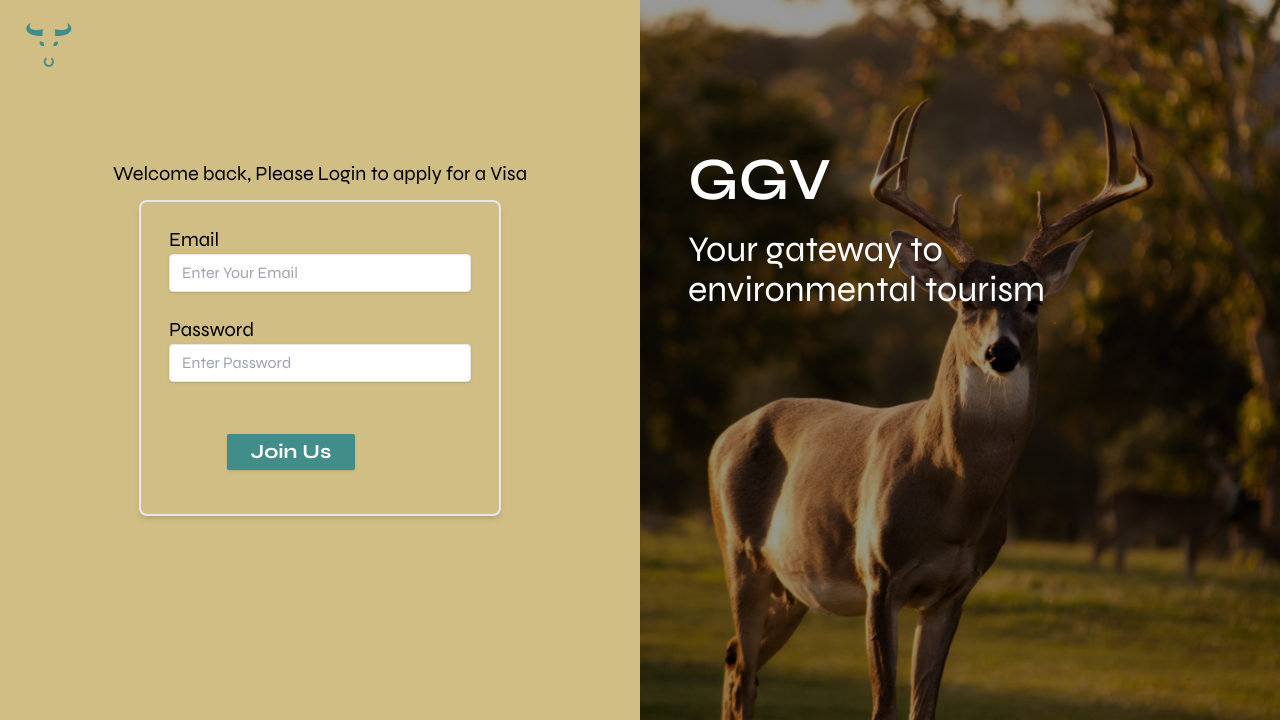
Repository: EngrAhmadUmar/landing-page
Page: /login
The author's editor kept a copy of each file at every save. The page is drawn from the files as they stood at one save, then again after the next save.
The browser window is 1280 px wide. The pictures show the whole page.
The project was rebuilt for these pictures with package versions that can differ from the ones it lists, and the page was loaded fresh each time. The framework's server and built-in components were replaced by stand-ins that run in the browser. Also part of the build but not shown: next.config.js, styles/Home.module.css, src/Components/ApplyPageComponents/ApplyForm.jsx, src/Components/ApplyPageComponents/RegisterForm.jsx.

Above is the page before, as saved 2022-07-08 15:15:56.

After the next save:
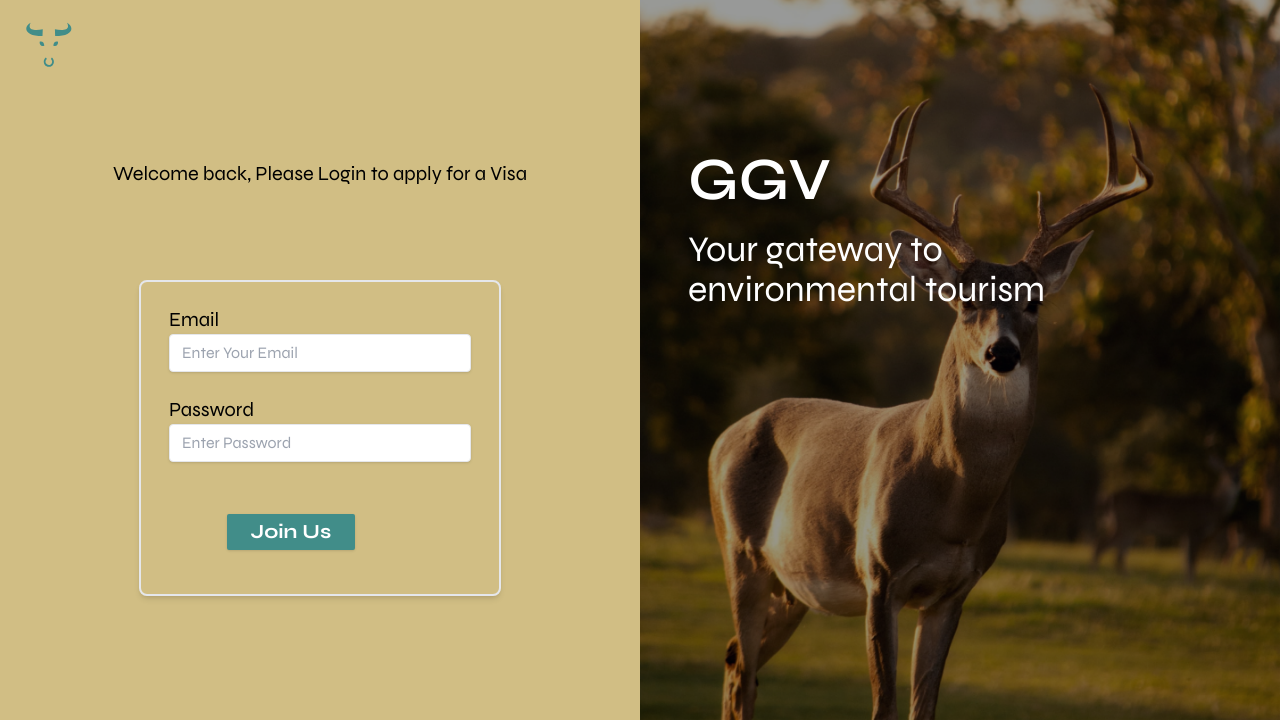
Saved 48 s later.
--- a/src/Components/ApplyPageComponents/LoginForm.jsx
+++ b/src/Components/ApplyPageComponents/LoginForm.jsx
@@ -63,7 +63,7 @@
         <div className="flex justify-center">
           <form
             onSubmit={onSubmit}
-            className="pt-6 pb-8 mb-4 border-2 rounded-lg shadow-md px-7 border-gray "
+            className="pt-6 pb-8 mb-4 mt-[5rem] border-2 rounded-lg shadow-md px-7 border-gray "
           >
             <div className="mb-6">
               <label className="text-lg md:text-xl">Email</label>

After the save that followed:
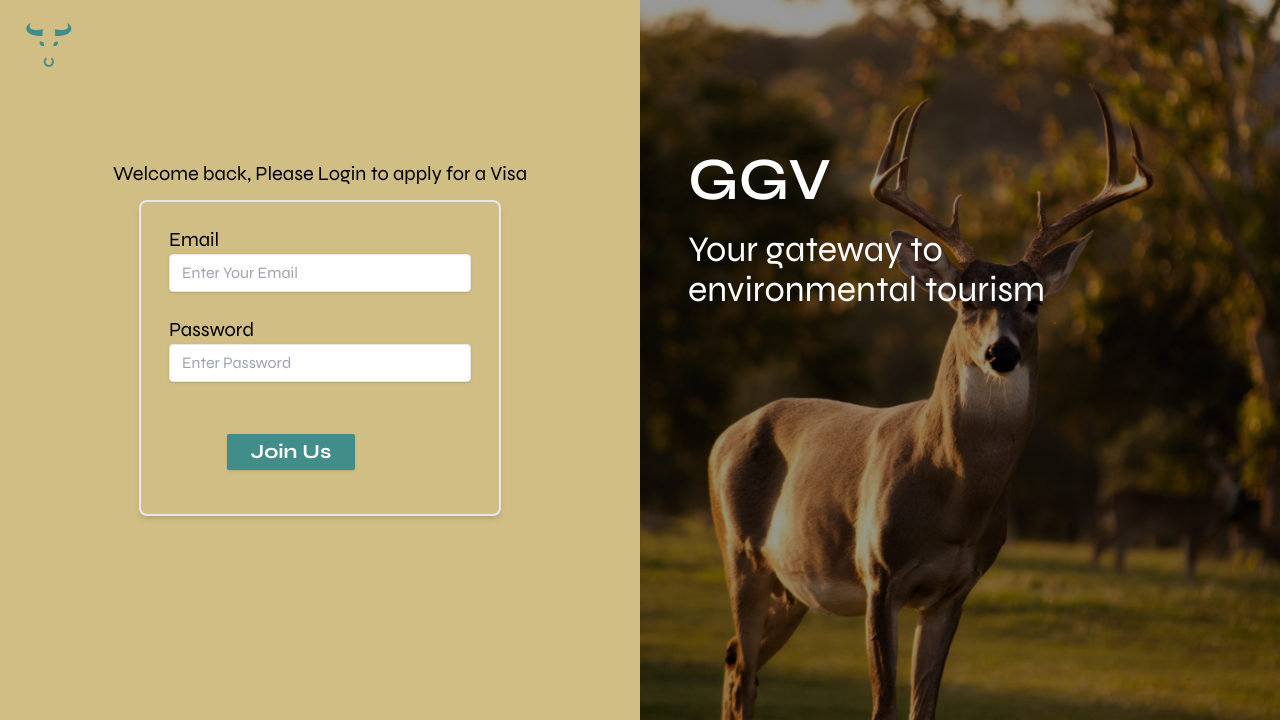
Saved 8 s later.
--- a/src/Components/ApplyPageComponents/LoginForm.jsx
+++ b/src/Components/ApplyPageComponents/LoginForm.jsx
@@ -63,7 +63,7 @@
         <div className="flex justify-center">
           <form
             onSubmit={onSubmit}
-            className="pt-6 pb-8 mb-4 mt-[5rem] border-2 rounded-lg shadow-md px-7 border-gray "
+            className="pt-6 pb-8 mb-4 mt-[5rem] md:mt-0 border-2 rounded-lg shadow-md px-7 border-gray "
           >
             <div className="mb-6">
               <label className="text-lg md:text-xl">Email</label>
